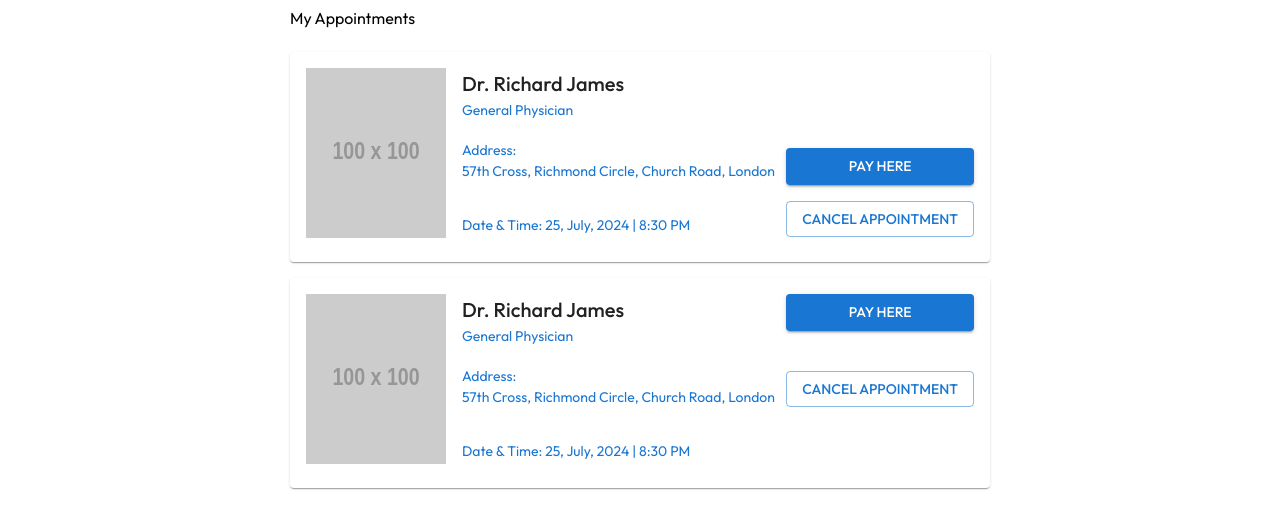
Repository: Ali-Dmerdash/DEPI_GRAD
Page: /
An editor plug-in stored every save of this project. The page is shown before and after the next save, followed by the edit.
The browser window is 1280 px wide. The pictures show the whole page.
The project was rebuilt for these pictures with package versions that can differ from the ones it lists, and the page was loaded fresh each time. Also part of the build but not shown: vite.config.ts.

Above is the page before, as saved 2024-10-08 21:22:38.

After the next save:
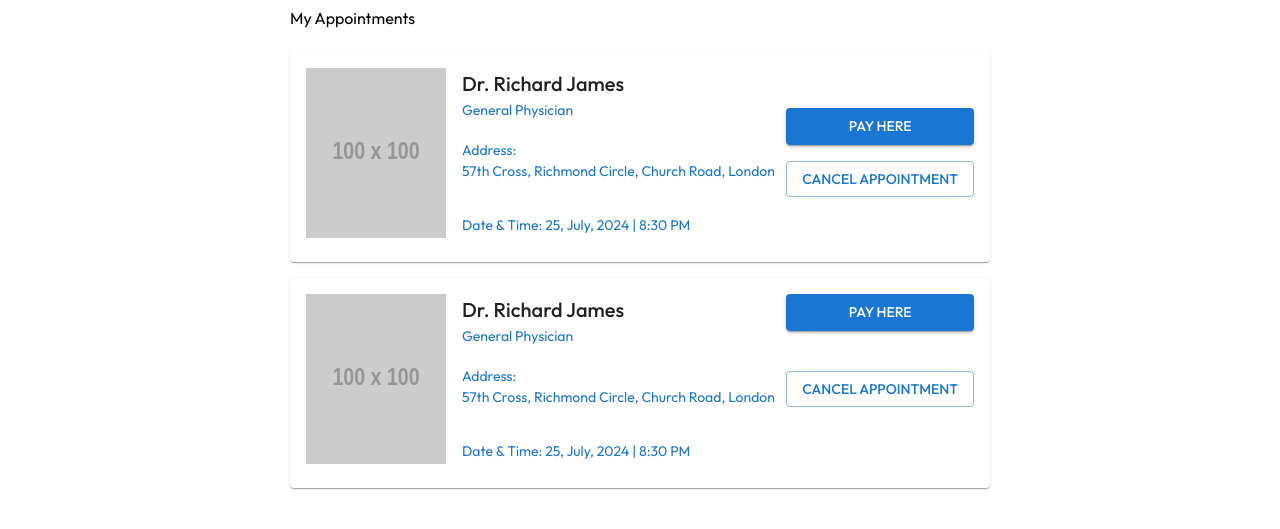
Saved 6 s later.
--- a/src/pages/myappointment/index.tsx
+++ b/src/pages/myappointment/index.tsx
@@ -47,7 +47,7 @@ const MyAppointment: React.FC = () => {
                 <Button
                   variant="contained"
                   color="primary"
-                  sx={{ marginTop: 10 }}
+                  sx={{ marginTop: 5 }}
                 >
                   Pay here
                 </Button>
